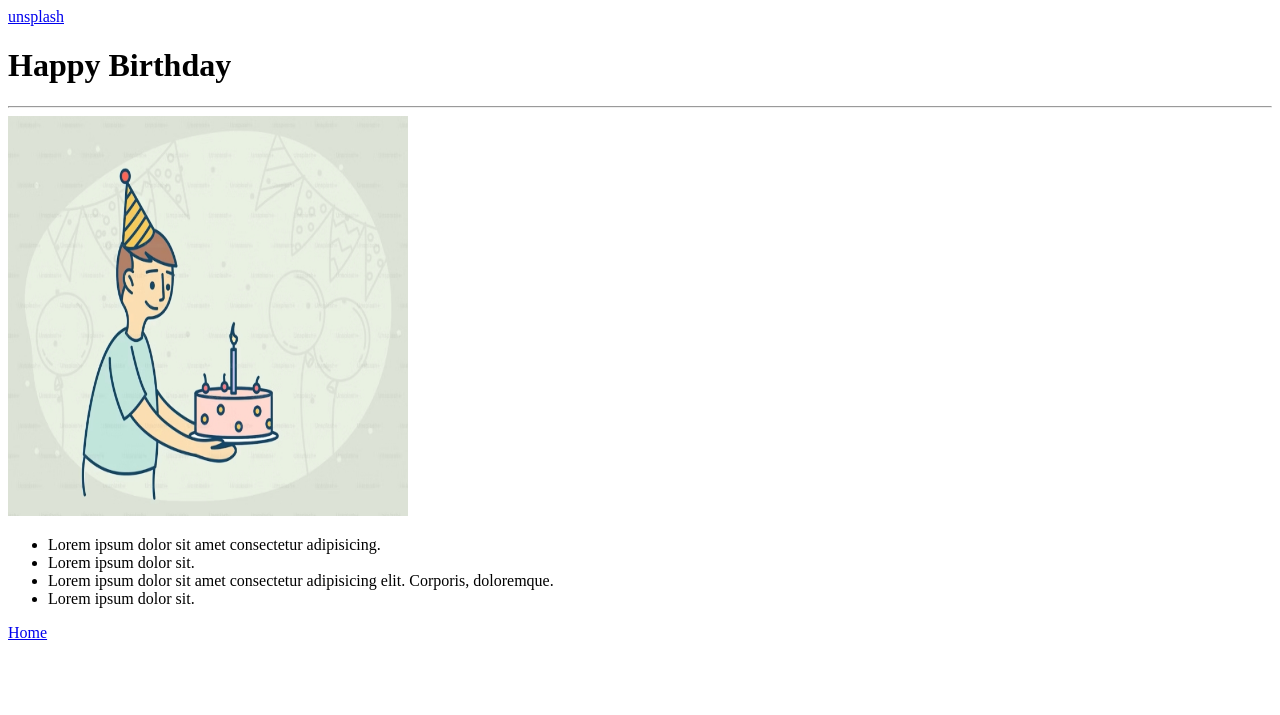
Repository: nguyendonghieu1011-png/project2
Page: more-info/happy.html
The author's editor kept a copy of each file at every save. The page is drawn from the files as they stood at one save, then again after the next save.
The browser window is 1280 px wide. The pictures show the whole page.

Above is the page before, as saved 2025-11-08 22:16:17.

After the next save:
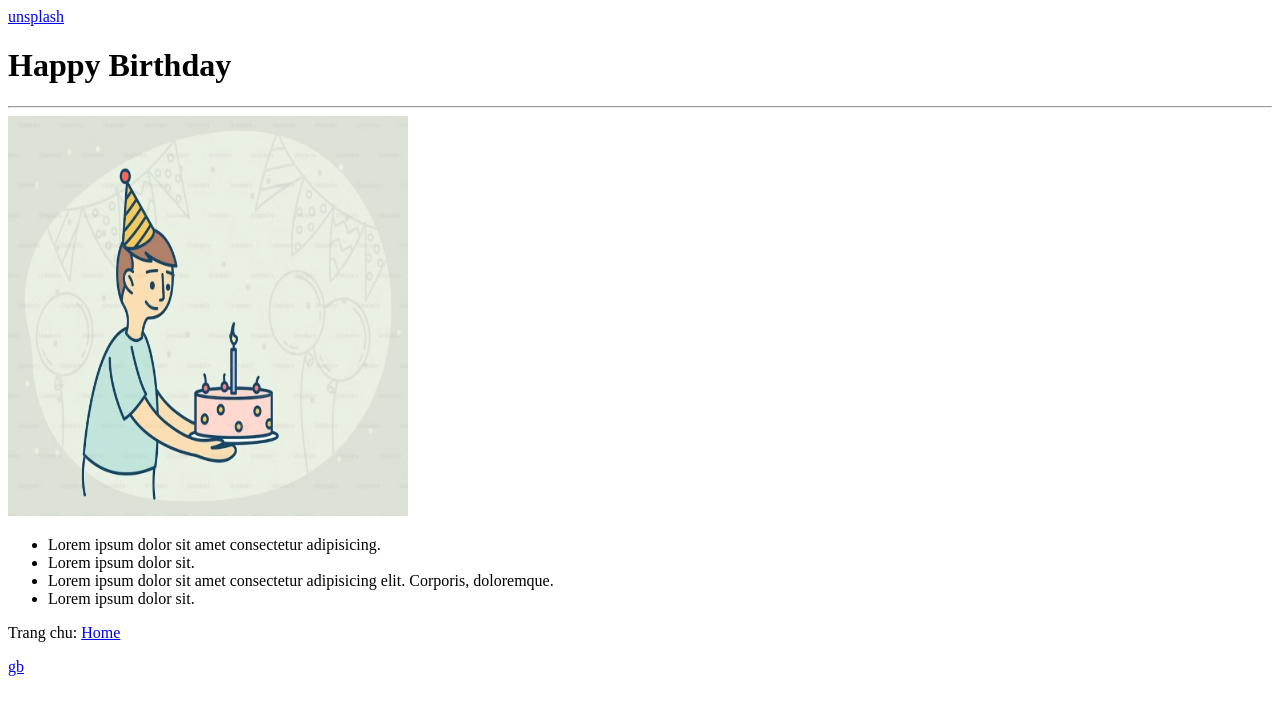
Saved 2 min 1 s later.
--- a/more-info/happy.html
+++ b/more-info/happy.html
@@ -28,6 +28,12 @@
     </ul>
 
     <!-- 1. điều hướng đến trang chủ -->
-    <a href="./index.html">Home</a>
+    <p>
+      Trang chu:
+      <a href="./index.html">Home</a>
+    </p>
+
+    <!-- 2.điều hướng đến gb -->
+    <a href="./gb.html">gb</a>
   </body>
 </html>
